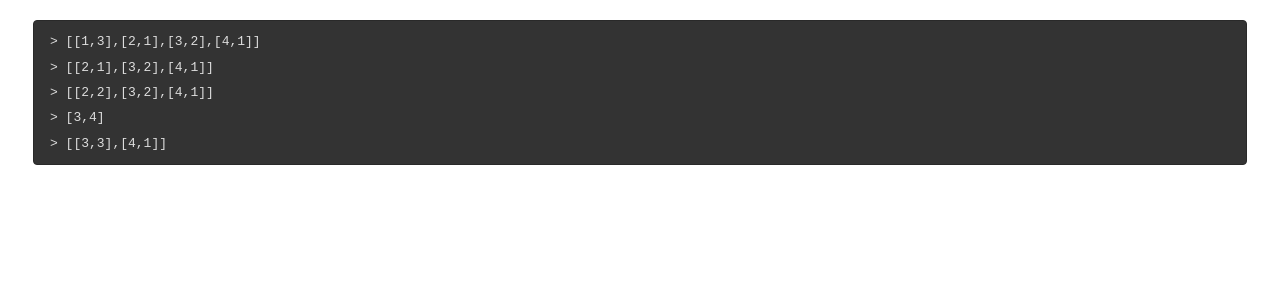
Repository: betaWeb/twicejs
Page: index.html
An editor plug-in stored every save of this project. The page is shown before and after the next save, followed by the edit.
The browser window is 1280 px wide. The pictures show the whole page.

Above is the page before, as saved 2019-12-12 14:35:02.

### index.html
<!DOCTYPE html>
<html lang="en">

<head>
    <meta charset="UTF-8">
    <meta name="viewport" content="width=device-width, initial-scale=1.0">
    <meta http-equiv="X-UA-Compatible" content="ie=edge">
    <title>TwiceJS</title>
    <style>
        pre {
            background: #333;
            white-space: pre;
            word-wrap: break-word;
            overflow: auto;
        }

        pre.code {
            margin: 20px 25px;
            padding: .5rem 0;
            border-radius: 4px;
            border: 1px solid #292929;
            position: relative;
        }

        pre.code code {
            display: block;
            padding: .2rem 16px .2rem;
            overflow-x: auto;
            font-size: 13px;
            line-height: 19px;
            color: #ddd;
        }
    </style>
</head>
<div id="app">
    <pre class="code"></pre>
</div>

<body>
    <script type="text/javascript" src="/TwiceJS.js" defer></script>
    <script type="text/javascript" defer>
        document.addEventListener('DOMContentLoaded', () => {
            const $pre = document.querySelector('#app .code')
            const print = str => {
                const $code = document.createElement('code')
                $code.innerHTML = '> ' + JSON.stringify(str)
                $pre.appendChild($code)
            }
            let set = new window.TwiceJS
            set.append([1, 1, 1, 2, 3, 3, 4])
            print(set.withCount)
            set.remove(1)
            print(set.withCount)
            set.append(2)
            print(set.withCount)
            set.replace(2, 3)
            print(set.entries)
            print(set.withCount)
        })
    </script>
</body>

</html>

### TwiceJS.js
/**
 * @property {Object} options
 * @property {Map} dataset
 */
class TwiceJS {

    /**
     * @returns {Array}
     */
    get entries() {
        return Array.from(this.keys.map(this._decodeKey.bind(this)))
    }

    /**
     * @returns {Object[] | Array[]}
     */
    get withCount() {
        return this.keys.reduce((acc, key) => {
            const count = this._dataset.get(key)
            const item = this._decodeKey(key)

            if (item.constructor !== Object)
                return [...acc, [item, count]]

            return [
                ...acc,
                {
                    ...item,
                    ...{ [this.options.count_key]: count }
                }
            ]
        }, [])
    }

    /**
     * @returns {Array}
     */
    get keys() {
        return [...this._dataset.keys()]
    }

    /**
     * @returns {Boolean}
     */
    get isEmpty() {
        return this.keys.length === 0
    }

    /**
     * @returns {Map}
     */
    get rawMap() {
        return this._dataset
    }

    /**
     * @returns {Object}
     */
    static get DEFAULT_OPTIONS() {
        return {
            count_key: '_count'
        }
    }

    /**
     * @param {Object} options
     */
    constructor(options = {}) {
        this.options = { ...TwiceJS.DEFAULT_OPTIONS, ...options }
        this.clear()
    }

    /**
     * @returns {TwiceJS}
     */
    clear() {
        this._dataset = new Map()
        return this
    }

    /**
     * @param {Array|*} data
     * @returns {TwiceJS}
     */
    append(data) {
        return this._process(data, item => {
            const key = this._keyify(item)
            let count = this._dataset.get(key) || 0

            this._dataset.set(key, count += 1)
        })
    }

    /**
     * @param {Array|*} oldKey
     * @param {Array|*} newKey
     * @returns {TwiceJS}
     */
    replace(oldKey, newKey) {
        oldKey = this._keyify(oldKey)
        newKey = this._keyify(newKey)

        if (!this._dataset.has(oldKey))
            throw new Error(`[Err] TwiceJS.set :: key '${oldKey}' doesn't exists on dataset`)

        const oldCount = this._dataset.get(oldKey)
        const newKeyExists = this._dataset.has(newKey)

        this
            .remove(oldKey)
            .append(newKey)

        if (!newKeyExists)
            this._dataset.set(newKey, oldCount)

        return this
    }

    /**
     * @param {Array|*} data
     * @returns {TwiceJS}
     */
    remove(data) {
        return this._process(data, item => {
            const key = this._keyify(item)

            if (this._dataset.has(key))
                this._dataset.delete(key)
        })
    }

    /**
     * @param {*} item
     * @returns {Number}
     */
    count(item) {
        const key = this._keyify(item)
        return this._dataset.get(key) || 0
    }

    /**
     * @param {Array} data
     * @param {Function} process
     * @returns {TwiceJS}
     */
    _process(data, process) {
        if (!Array.isArray(data))
            data = [data]

        data = this._normalize(data)
        data.forEach(process.bind(this))
        return this
    }

    /**
     * @param {*} item
     * @returns {String}
     */
    _keyify(item) {
        if (!Array.isArray(item) && item.constructor !== Object)
            return item.toString()

        try {
            return JSON.stringify(item)
        } catch (e) {
            throw new Error(`[Err] TwiceJS._keyify :: error on keyify item ${item}\n${e}`)
        }
    }

    /**
     * @param {String} key
     * @returns {*}
     */
    _decodeKey(key) {
        try {
            return JSON.parse(key)
        } catch (err) {
            return key;
        }
    }

    /**
     * @param {Array|Object|*} data
     * @returns {Array|Object|*}
     */
    _normalize(data) {
        try {
            return JSON.parse(JSON.stringify(data))
        } catch (e) {
            return data
        }
    }

}

if (!('TwiceJS' in window))
    window.TwiceJS = TwiceJS

After the next save:
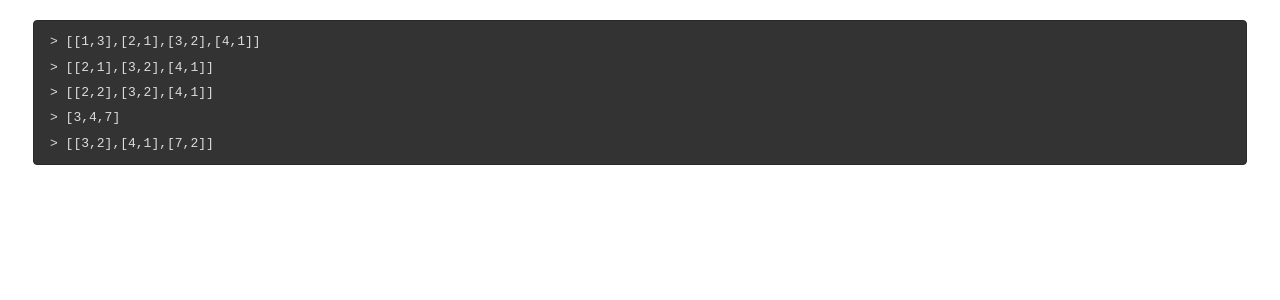
Saved 12 s later.
--- a/index.html
+++ b/index.html
@@ -53,7 +53,7 @@
             print(set.withCount)
             set.append(2)
             print(set.withCount)
-            set.replace(2, 3)
+            set.replace(2, 7)
             print(set.entries)
             print(set.withCount)
         })
